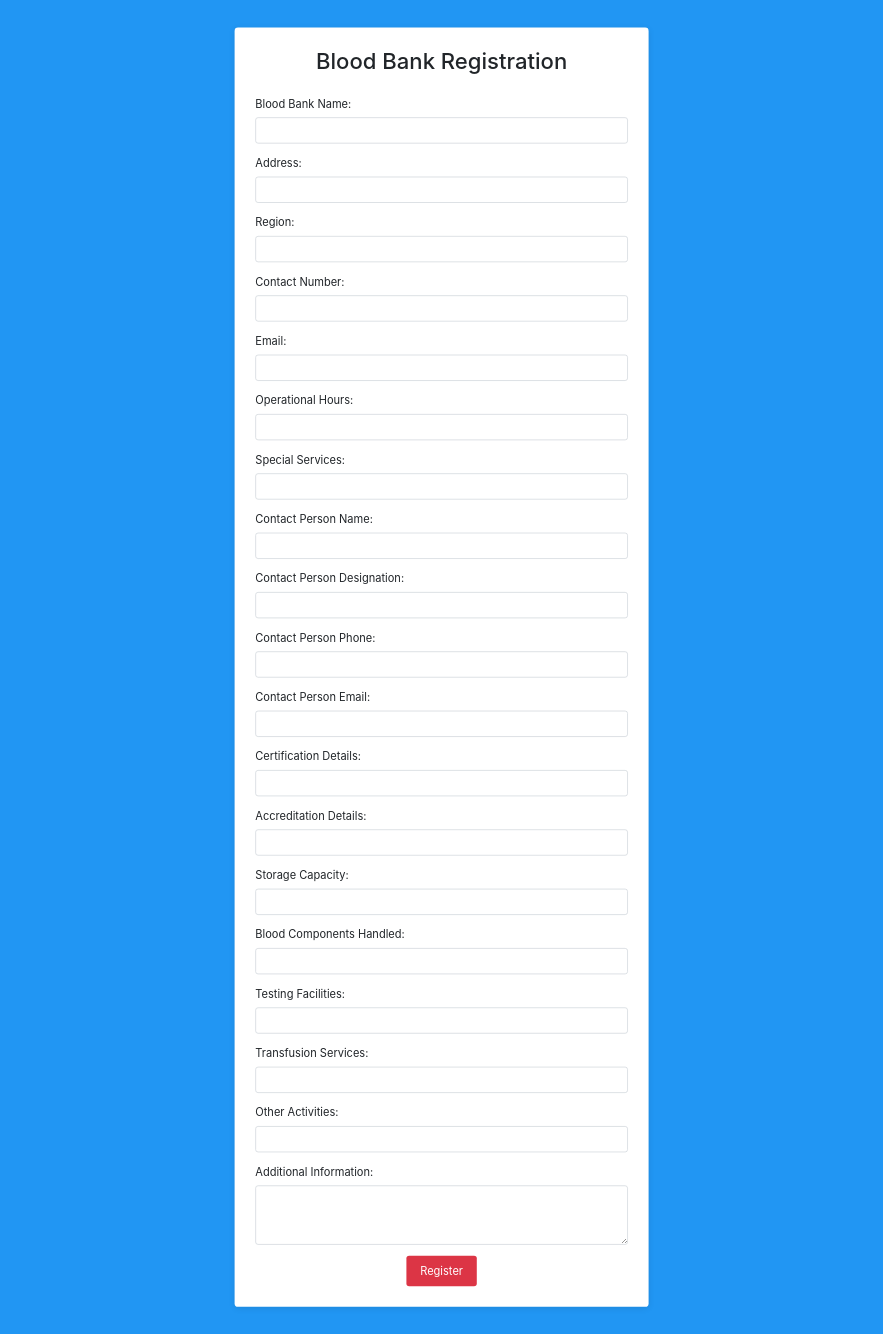
Repository: omi4535/Decentralized_Blood_Bank_System
Page: http://localhost/blood_bank_system/registration.jsp
These files come from the project's save history. The page is drawn as it stood at one moment and after the next save; the edit follows.
The browser window is 1280 px wide. The pictures show the whole page, at 69% of full size.
Some web libraries are served in a nearby version. The page is served by Tomcat 9. Other server files are loaded and not shown.

Above is the page before, as saved 2023-07-03 07:49:11.

### blood bank system/src/main/webapp/registration.jsp
<%@ page language="java" contentType="text/html; charset=UTF-8"
    pageEncoding="UTF-8"%>
<!DOCTYPE html>
<html lang="en">

<head>
  <meta charset="UTF-8">
  <meta name="viewport" content="width=device-width, initial-scale=1.0">
  <title>Blood Bank Registration</title>
  <link rel="stylesheet" href="https://stackpath.bootstrapcdn.com/bootstrap/4.5.0/css/bootstrap.min.css">
  <style>
    body {
      background-color: #2196F3;
    }

    .container {
      max-width: 600px;
      margin: 40px auto;
      background-color: #fff;
      padding: 30px;
      border-radius: 5px;
      box-shadow: 0px 2px 10px rgba(0, 0, 0, 0.1);
    }

    h2 {
      margin-bottom: 30px;
      text-align: center;
    }

    .btn-register {
      background-color: #dc3545;
      border: none;
      padding: 10px 20px;
    }

    .btn-register:hover {
      background-color: #c82333;
    }
    .form{
    	background-color:#D50000;
    }
  </style>
</head>

<body>
  <div class="container">
    <h2>Blood Bank Registration</h2>
    <form style="background-colour:#D50000">
      <div class="form-group">
        <label for="name">Blood Bank Name:</label>
        <input type="text" class="form-control" id="name" required>
      </div>
      <div class="form-group">
        <label for="address">Address:</label>
        <input type="text" class="form-control" id="address" required>
      </div>
      <div class="form-group">
        <label for="region">Region:</label>
        <input type="text" class="form-control" id="region" required>
      </div>
      <div class="form-group">
        <label for="contactNumber">Contact Number:</label>
        <input type="tel" class="form-control" id="contactNumber" required>
      </div>
      <div class="form-group">
        <label for="email">Email:</label>
        <input type="email" class="form-control" id="email" required>
      </div>
      <div class="form-group">
        <label for="operationalHours">Operational Hours:</label>
        <input type="text" class="form-control" id="operationalHours" required>
      </div>
      <div class="form-group">
        <label for="specialServices">Special Services:</label>
        <input type="text" class="form-control" id="specialServices" required>
      </div>
      <div class="form-group">
        <label for="contactPersonName">Contact Person Name:</label>
        <input type="text" class="form-control" id="contactPersonName" required>
      </div>
      <div class="form-group">
        <label for="contactPersonDesignation">Contact Person Designation:</label>
        <input type="text" class="form-control" id="contactPersonDesignation" required>
      </div>
      <div class="form-group">
        <label for="contactPersonPhone">Contact Person Phone:</label>
        <input type="tel" class="form-control" id="contactPersonPhone" required>
      </div>
      <div class="form-group">
        <label for="contactPersonEmail">Contact Person Email:</label>
        <input type="email" class="form-control" id="contactPersonEmail" required>
      </div>
      <div class="form-group">
        <label for="certificationDetails">Certification Details:</label>
        <input type="text" class="form-control" id="certificationDetails" required>
      </div>
      <div class="form-group">
        <label for="accreditationDetails">Accreditation Details:</label>
        <input type="text" class="form-control" id="accreditationDetails" required>
      </div>
      <div class="form-group">
        <label for="storageCapacity">Storage Capacity:</label>
        <input type="number" class="form-control" id="storageCapacity" required>
      </div>
      <div class="form-group">
        <label for="bloodComponentsHandled">Blood Components Handled:</label>
        <input type="text" class="form-control" id="bloodComponentsHandled" required>
      </div>
      <div class="form-group">
        <label for="testingFacilities">Testing Facilities:</label>
        <input type="text" class="form-control" id="testingFacilities" required>
      </div>
      <div class="form-group">
        <label for="transfusionServices">Transfusion Services:</label>
        <input type="text" class="form-control" id="transfusionServices" required>
      </div>
      <div class="form-group">
        <label for="otherActivities">Other Activities:</label>
        <input type="text" class="form-control" id="otherActivities" required>
      </div>
      <div class="form-group">
        <label for="additionalInformation">Additional Information:</label>
        <textarea class="form-control" id="additionalInformation" rows="3"></textarea>
      </div>
      <div class="text-center">
        <button type="submit" class="btn btn-register text-white">Register</button>
      </div>
    </form>
  </div>

  <script src="https://code.jquery.com/jquery-3.5.1.slim.min.js"></script>
  <script src="https://cdn.jsdelivr.net/npm/@popperjs/core@2.5.3/dist/umd/popper.min.js"></script>
  <script src="https://stackpath.bootstrapcdn.com/bootstrap/4.5.0/js/bootstrap.min.js"></script>
</body>

</html>

After the next save:
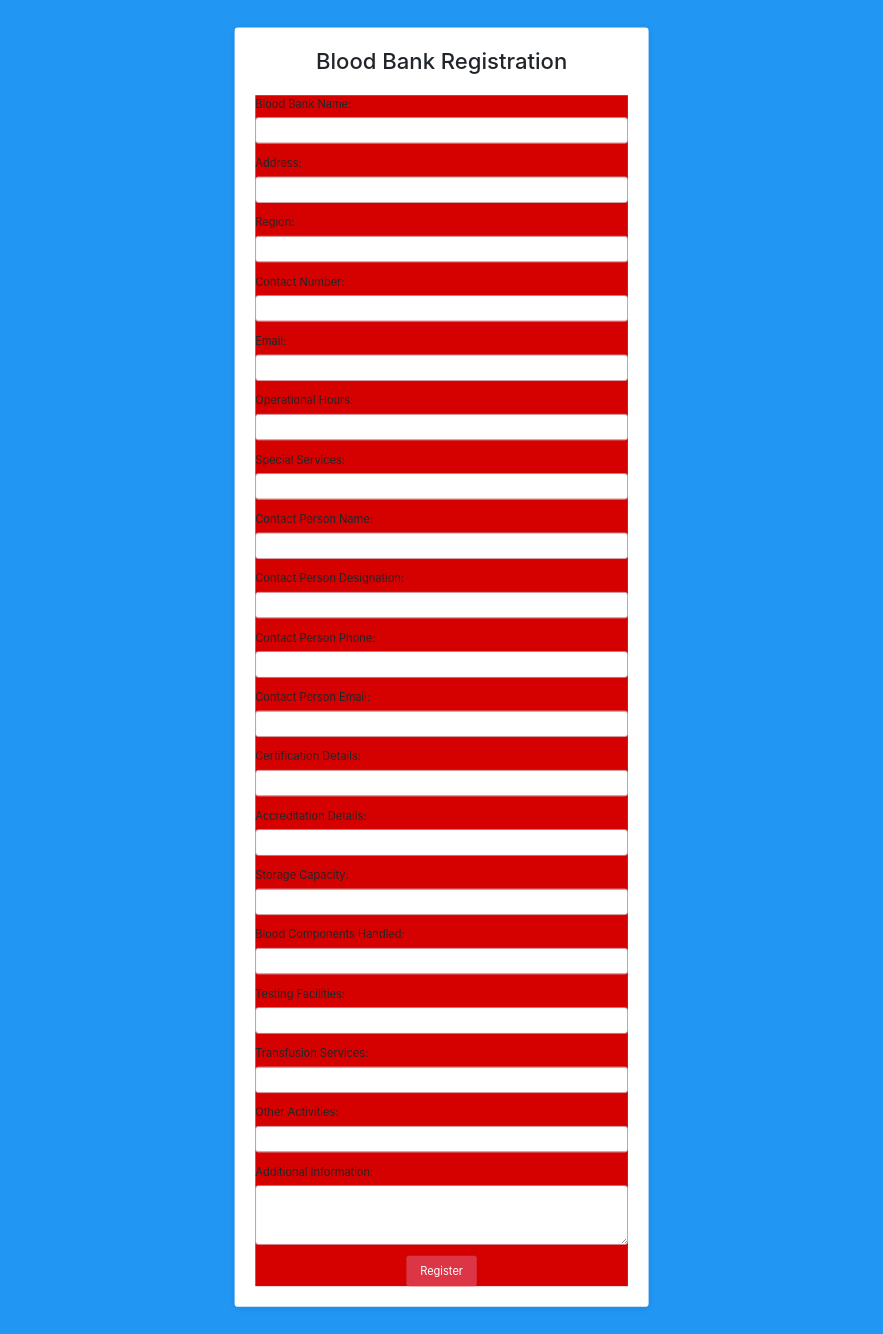
Saved 26 s later.
--- a/blood bank system/src/main/webapp/registration.jsp
+++ b/blood bank system/src/main/webapp/registration.jsp
@@ -45,7 +45,7 @@
 <body>
   <div class="container">
     <h2>Blood Bank Registration</h2>
-    <form style="background-colour:#D50000">
+    <form style="background-color:#D50000">
       <div class="form-group">
         <label for="name">Blood Bank Name:</label>
         <input type="text" class="form-control" id="name" required>

After the save that followed:
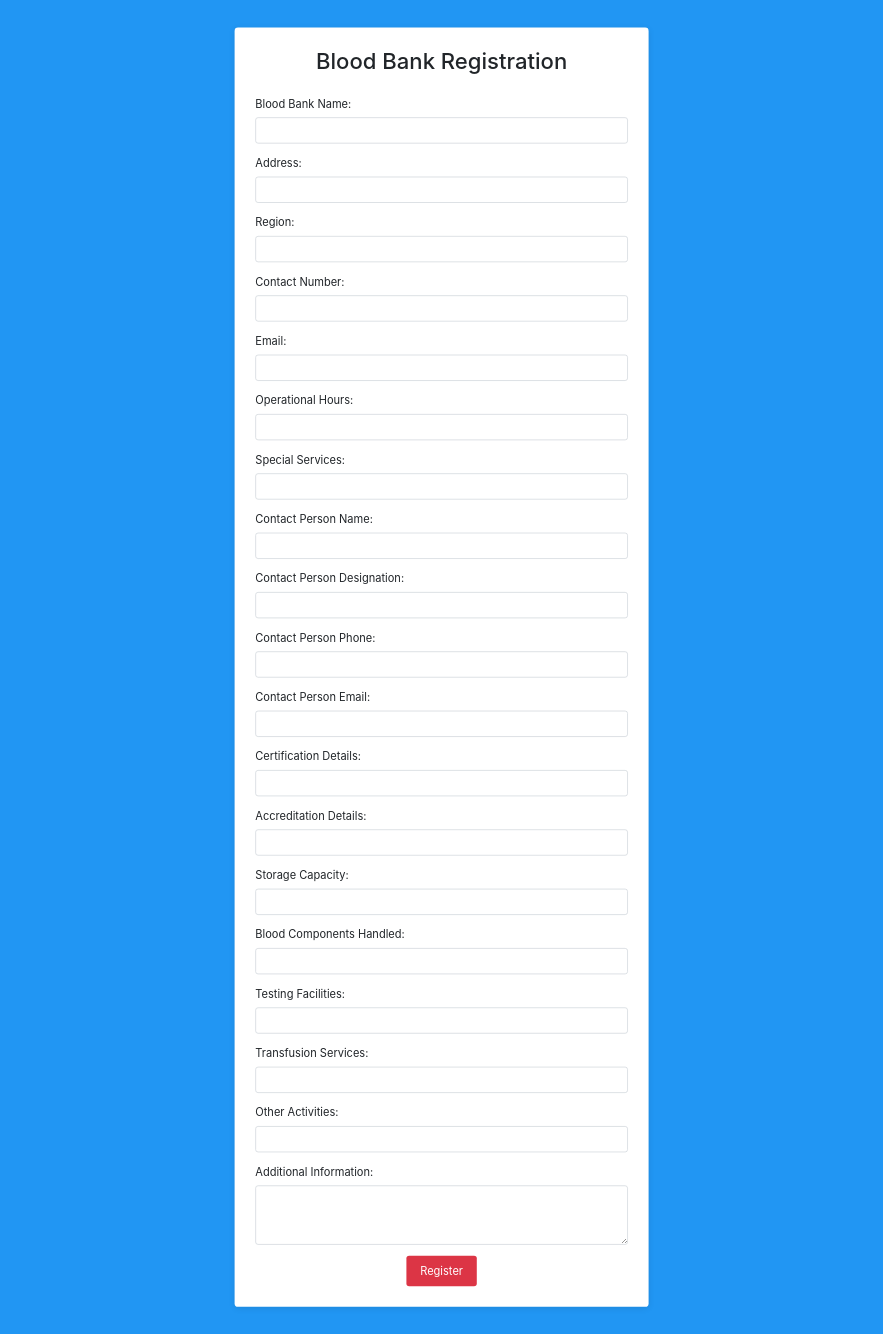
Saved 94 s later.
--- a/blood bank system/src/main/webapp/registration.jsp
+++ b/blood bank system/src/main/webapp/registration.jsp
@@ -16,7 +16,7 @@
     .container {
       max-width: 600px;
       margin: 40px auto;
-      background-color: #fff;
+      background-color: #FFFFFF;
       padding: 30px;
       border-radius: 5px;
       box-shadow: 0px 2px 10px rgba(0, 0, 0, 0.1);
@@ -43,9 +43,9 @@
 </head>
 
 <body>
-  <div class="container">
+  <div class="container" >
     <h2>Blood Bank Registration</h2>
-    <form style="background-color:#D50000">
+    <form >
       <div class="form-group">
         <label for="name">Blood Bank Name:</label>
         <input type="text" class="form-control" id="name" required>
